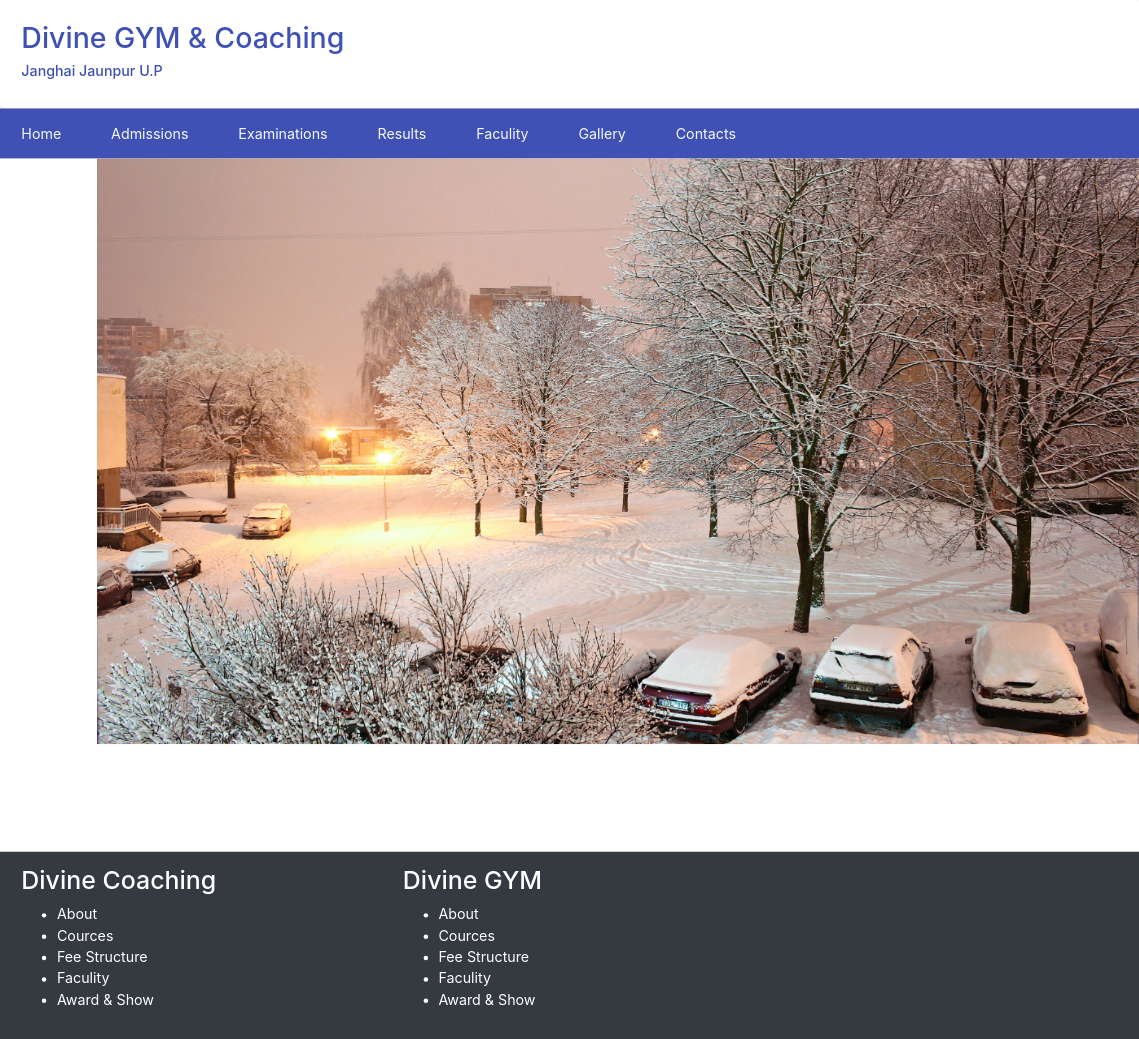
Repository: lalji-yadav/vikash-Coaching-frontend
Page: /gallery
These files come from the project's save history. The page is drawn as it stood at one moment and after the next save; the edit follows.
The browser window is 1280 px wide. The pictures show the whole page, at 89% of full size.
The project was rebuilt for these pictures with package versions that can differ from the ones it lists, and the page was loaded fresh each time. Also part of the build but not shown: src/index.css, src/home/home.js, src/component/admission/admission.js, src/component/examination/examination.js, src/component/results/result.js, src/component/faculity/faculity.js.

Above is the page before, as saved 2021-04-11 12:46:10.

### public/index.html
<!DOCTYPE html>
<html lang="en">
  <head>
    <meta charset="utf-8" />
    <link rel="icon" href="%PUBLIC_URL%/favicon.ico" />
    <meta name="viewport" content="width=device-width, initial-scale=1" />
    <meta name="theme-color" content="#000000" />
    <meta
      name="description"
      content="Web site created using create-react-app"
    />


    <link rel="preconnect" href="https://fonts.gstatic.com">
    <link href="https://fonts.googleapis.com/css2?family=Open+Sans:wght@400;700&display=swap" rel="stylesheet">

    <link rel="apple-touch-icon" href="%PUBLIC_URL%/logo192.png" />
    <!--
      manifest.json provides metadata used when your web app is installed on a
      user's mobile device or desktop. See https://developers.google.com/web/fundamentals/web-app-manifest/
    -->
    <link rel="manifest" href="%PUBLIC_URL%/manifest.json" />


    <link rel="preconnect" href="https://fonts.gstatic.com">
<link href="https://fonts.googleapis.com/css2?family=Open+Sans&display=swap" rel="stylesheet">
    <!--
      Notice the use of %PUBLIC_URL% in the tags above.
      It will be replaced with the URL of the `public` folder during the build.
      Only files inside the `public` folder can be referenced from the HTML.

      Unlike "/favicon.ico" or "favicon.ico", "%PUBLIC_URL%/favicon.ico" will
      work correctly both with client-side routing and a non-root public URL.
      Learn how to configure a non-root public URL by running `npm run build`.
    -->
    <title>React App</title>
  </head>
  <body>
    <noscript>You need to enable JavaScript to run this app.</noscript>
    <div id="root"></div>
    <!--
      This HTML file is a template.
      If you open it directly in the browser, you will see an empty page.

      You can add webfonts, meta tags, or analytics to this file.
      The build step will place the bundled scripts into the <body> tag.

      To begin the development, run `npm start` or `yarn start`.
      To create a production bundle, use `npm run build` or `yarn build`.
    -->
  </body>
</html>

### src/App.js
import React from 'react';
import Header from "../src/header/header"
import { BrowserRouter } from 'react-router-dom';
import Footer from '../src/footer/footer'


function App() {
  return (
    <div style={{overflowX:"hidden"}}>

      <BrowserRouter>
          <Header />
      </BrowserRouter>


      {/* <Routers /> */}


      <Footer />

    </div>
  );
}

export default App;

### src/header/header.js
import React, { Component } from 'react';
import   "./headers.css"
import {Navbar, Nav } from 'react-bootstrap';
import { Card } from '@material-ui/core';
import { Link } from "react-router-dom";
import Routers from "../router/router"

class header extends Component {
    render() {
        return (
            <div>
                <Card className="py-4 pl-4">
                    <h2 style={{color:"#3f51b5"}}>Divine GYM & Coaching </h2>
                    <h6 style={{color:"#3f51b5"}}>Janghai Jaunpur U.P</h6>
                </Card>

                <Navbar style={{backgroundColor:"#3f51b5"}} variant="light" expand="lg">
                    <Navbar.Toggle aria-controls="basic-navbar-nav" />
                    <Navbar.Collapse id="basic-navbar-nav">
                    <Nav className="text-light">
                        <Nav.Link className="text-light pr-5" as={Link} to="/home">Home</Nav.Link>
                        <Nav.Link className="text-light pr-5" as={Link} to="/admission">Admissions</Nav.Link>
                        <Nav.Link className="text-light pr-5" as={Link} to="/examination">Examinations</Nav.Link>
                        <Nav.Link className="text-light pr-5" as={Link} to="/results">Results</Nav.Link>
                        <Nav.Link className="text-light pr-5" as={Link} to="/faculity">Faculity</Nav.Link>
                        <Nav.Link className="text-light pr-5" as={Link} to="/gallery">Gallery</Nav.Link>
                        <Nav.Link className="text-light pr-5" as={Link} to="/service">Contacts</Nav.Link>

                    </Nav>
                    </Navbar.Collapse>
                </Navbar>

                <Routers> </Routers>

            </div>
        );
    }
}

export default header;

### src/footer/footer.js
import React, { Component } from 'react';
// import { Card } from 'react-bootstrap';

class footer extends Component {
    render() {
        return (
              <div className="row bg-dark text-white mt-5 py-3 pl-4">

                  <div className="col-sm-4">
                  <h3> Divine Coaching </h3>
                  <ul>
                         <li> About </li>
                         <li> Cources </li>
                         <li> Fee Structure </li>
                         <li> Faculity </li>
                         <li> Award & Show </li>
                     </ul>
                  </div>

                  <div className="col-sm-4">
                  <h3> Divine GYM </h3>
                  <ul>
                         <li> About </li>
                         <li> Cources </li>
                         <li> Fee Structure </li>
                         <li> Faculity </li>
                         <li> Award & Show </li>
                     </ul>
                  </div>
              </div>
        );
    }
}

export default footer;

### src/header/headers.css
.header {
    color: black;
    font-size: 2vw;
    padding: 25px 10px 25px 10px;
    background-color: rgb(150, 153, 150);
}
.nav.navbar-nav.navbar-right li a {
    color: blue;
}
.nav-link {
    color: white;
  }
#nav-link {
   color: white;
}
a:hover {
    color: wheat;
}
@media (min-width: 992px) {
.navbar-expand-lg .navbar-nav .nav-link {
    padding-right: 5.5rem;
    padding-left: 5.5rem;
}
}

### src/router/router.js
import React, { Component } from 'react';
import {
    Switch,
    Route
  } from "react-router-dom";
  import Home from '../home/home'
  import Admission from "../component/admission/admission"
  import Examination from "../component/examination/examination"
  import Result from "../component/results/result"
  import Faculity from "../component/faculity/faculity"
import Gallery from '../component/gallery/gallery';

class router extends Component {
    render() {
        return (
            <div>
                   <Switch>
                    <Route exact path="/" component={Home} />
                    <Route exact path="/home" component={Home} />
                    <Route exact path="/admission" component={Admission} />
                    <Route exact path="/examination" component={Examination} />
                    <Route exact path="/results" component={Result} />
                    <Route exact path="/faculity" component={Faculity} />
                    <Route exact path="/gallery" component={Gallery} />
                    </Switch>

            </div>
        );
    }
}

export default router;

### src/component/gallery/gallery.js
// import { Height } from '@material-ui/icons';
import React, { Component } from 'react';

class gallery extends Component {
    render() {
        return (
            <div>
                <div className="row">
                    <div className="col-sm-11 offset-sm-1">
                        <img style={{width:"100%", height:"90%"}}
                         src={process.env.PUBLIC_URL + '/image/gallery/Admin/0 (22) - Copy.jpg'} alt="" />
                    </div>
                    <div className="col-md-5">

                    </div>

                </div>
            </div>
        );
    }
}

export default gallery;

Loaded but not shown: src/index.js (common file); src/serviceWorker.js (common file)

After the next save:
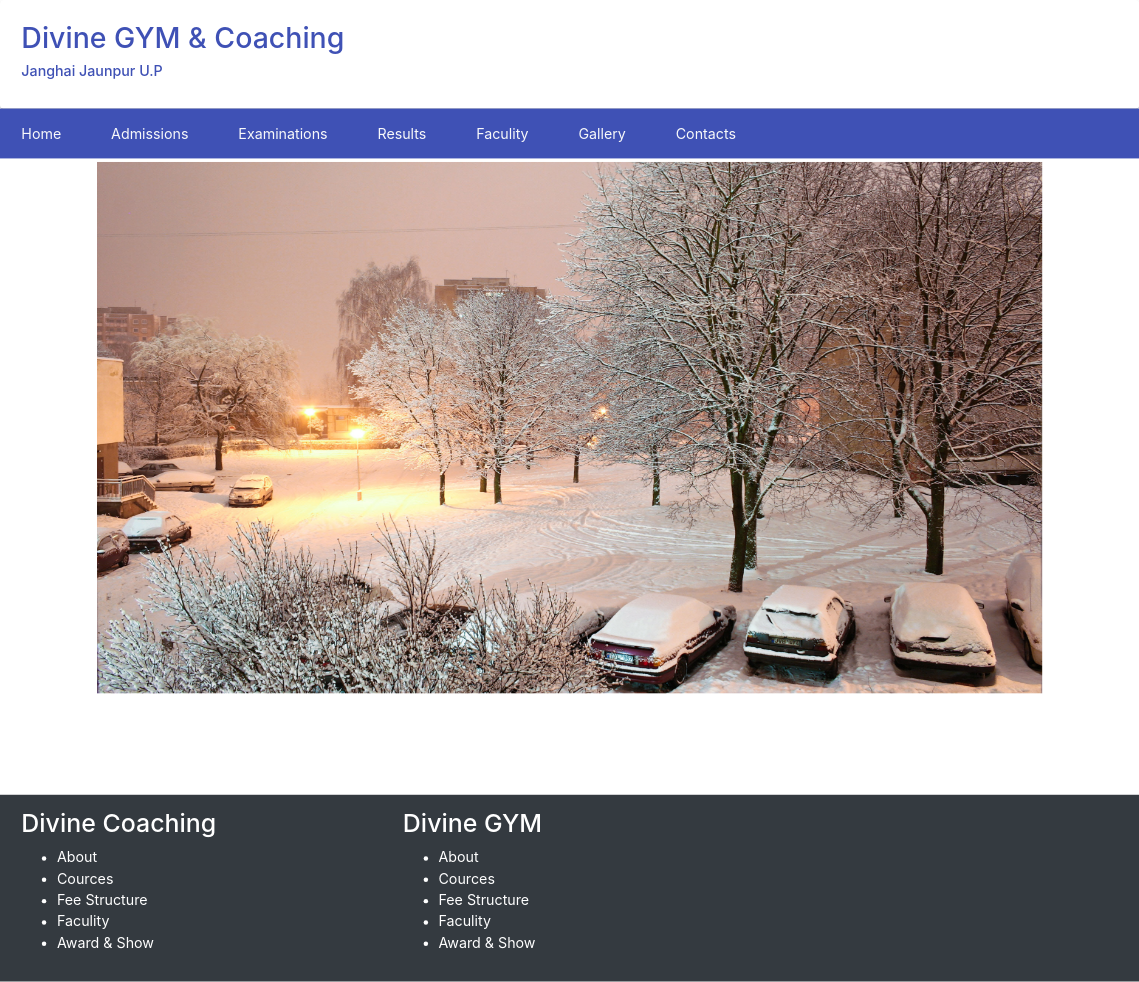
Saved 16 s later.
--- a/src/component/gallery/gallery.js
+++ b/src/component/gallery/gallery.js
@@ -6,7 +6,7 @@ class gallery extends Component {
         return (
             <div>
                 <div className="row">
-                    <div className="col-sm-11 offset-sm-1">
+                    <div className="col-sm-10 offset-sm-1 mt-1">
                         <img style={{width:"100%", height:"90%"}}
                          src={process.env.PUBLIC_URL + '/image/gallery/Admin/0 (22) - Copy.jpg'} alt="" />
                     </div>
